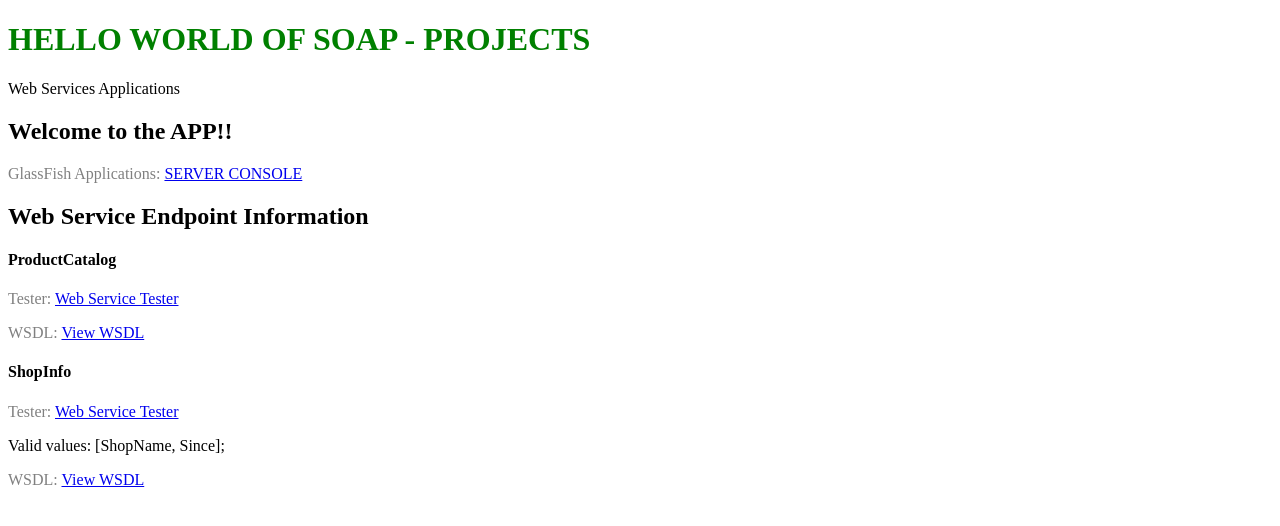
Repository: atafs/BackEnd_JAX-JAX-WS_SOAP
Page: http://localhost/Project_004_SOAP_server_TypesAndBinding/
An editor plug-in stored every save of this project. The page is shown before and after the next save, followed by the edit.
The browser window is 1280 px wide. The pictures show the whole page.
The page is served by Tomcat 9.

Above is the page before, as saved 2016-01-26 16:36:45.

After the next save:
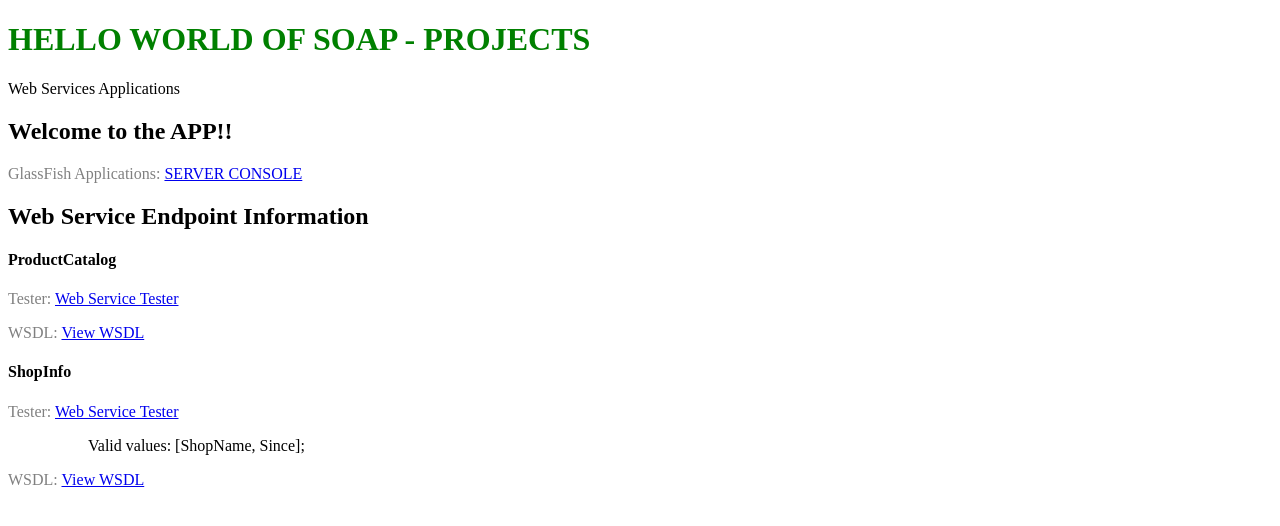
Saved 59 s later.
--- a/Project_004_SOAP_server_TypesAndBinding/WebContent/index.jsp
+++ b/Project_004_SOAP_server_TypesAndBinding/WebContent/index.jsp
@@ -25,7 +25,7 @@
 
 	<h4>ShopInfo</h4>
 	<p style="color:gray;">Tester: <a href="http://atafs:9090/Project_004_SOAP_server_TypesAndBinding/ShopInfoService?Tester">Web Service Tester</a>
-		<p>Valid values: [ShopName, Since];</p>
+		<p style="text-indent: 5em;">Valid values: [ShopName, Since];</p>
 	</p>
 	<p style="color:gray;">WSDL: <a href="http://atafs:9090/Project_004_SOAP_server_TypesAndBinding/ShopInfoService?wsdl">View WSDL</a></p>
 
